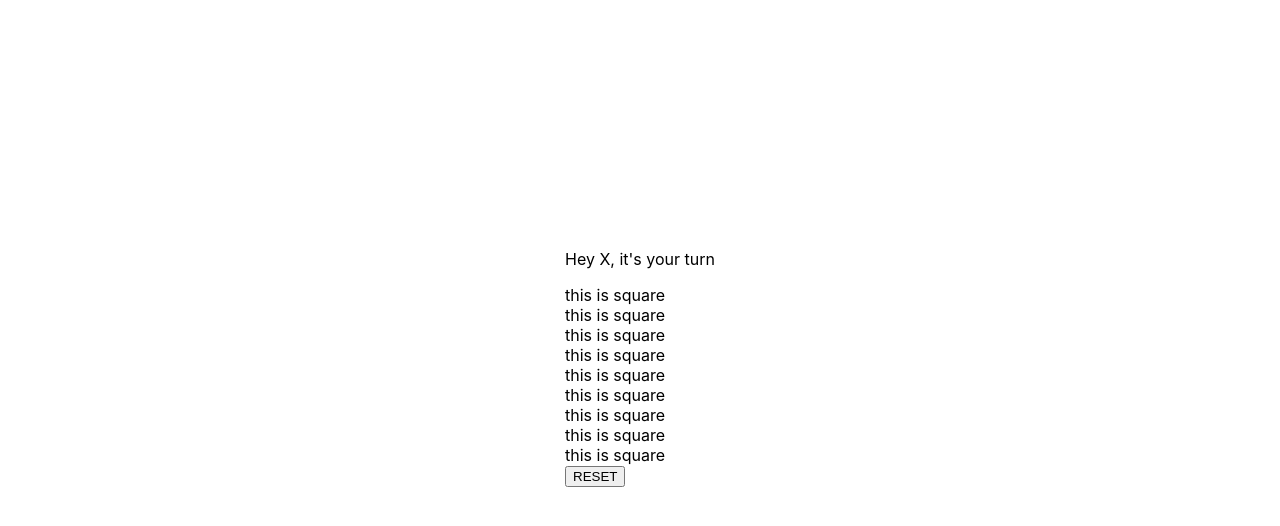
Repository: Ellisvelandia/tic-tac-toe
Page: /
The author's editor kept a copy of each file at every save. The page is drawn from the files as they stood at one save, then again after a run of saves.
The browser window is 1280 px wide. The pictures show the whole page.
The project was rebuilt for these pictures with package versions that can differ from the ones it lists, and the page was loaded fresh each time. The framework's server and built-in components were replaced by stand-ins that run in the browser. Also part of the build but not shown: next.config.js.

Above is the page before, as saved 2022-09-06 20:46:17.

### pages/index.tsx
import type { NextPage } from "next";
import Head from "next/head";
import styles from "../styles/Home.module.css";
import Board from "../containers/Board"

const Home: NextPage = () => {
  return (
    <div className={styles.container}>
      <Head>
        <title> Tic TAC Toc</title>
        <meta name="description" content="Generated by create next app" />
        <link rel="icon" href="/favicon.ico" />
      </Head>

      <main className={styles.main}>
        <Board />
      </main>
    </div>
  );
};

export default Home;

### containers/Board.tsx
import { useState, useEffect } from "react";
import Square from "../components/Square";
type Player = "X" | "O" | "BOTH" | null;

function calculateWinner(squares: Player[]) {
  const lines = [
    [0, 1, 2],
    [3, 4, 5],
    [6, 7, 8],
    [0, 3, 6],
    [1, 4, 7],
    [2, 5, 8],
    [0, 4, 8],
    [2, 4, 6],
  ];
  for (let i = 0; i < lines.length; i++) {
    const [a, b, c] = lines[i];
    if (squares[a] && squares[a] === squares[b] && squares[a] === squares[c]) {
      return squares[a];
    }
  }
  return null;
}

function Board() {
  const [squares, setSquares] = useState(Array(9).fill(null));
  const [currentPlayer, setCurrentPlayer] = useState<"X" | "O">(
    Math.round(Math.random() * 1) === 1 ? "X" : "O"
  );
  const [winner, setWinner] = useState<Player>(null);

  function reset() {
    setSquares(Array(9).fill(null));
    setWinner(null);
    setCurrentPlayer(Math.round(Math.random() * 1) === 1 ? "X" : "O");
  }

  function setSquaresValue(index: number) {
    const newData = squares.map((val, i) => {
      if (i === index) {
        return currentPlayer;
      }
      return val;
    });
    setSquares(newData);
    setCurrentPlayer(currentPlayer === "X" ? "O" : "X");
  }

  useEffect(() => {
    const w = calculateWinner(squares);
    if (w) {
      setWinner(w);
    }

    if (!w && !squares.filter((square) => !square).length) {
      setWinner("BOTH");
    }
  });

  return (
    <div>
      {!winner && <p>Hey {currentPlayer}, it's your turn</p>}
      {winner && winner !== "BOTH" && <p>Congratulations {winner}</p>}
      {winner && winner === "BOTH" && (
        <p>Congratulations you're both winners</p>
      )}

      <div className="grid">
        {Array(9)
          .fill(null)
          .map((_, i) => {
            return (
              <Square
                winner={winner}
                key={i}
                onClick={() => setSquareValue(i)}
                value={squares[i]}
              />
            );
          })}
      </div>
      <button className="reset" onClick={reset}>
        RESET
      </button>
    </div>
  );
}

export default Board;

### components/Square.tsx
function Square() {
  return (
    <div>
      this is square
    </div>
  )
}

export default Square;

Loaded but not shown: pages/_app.tsx (common file); styles/globals.css (common file); styles/Home.module.css (common file)

After the next 3 saves:
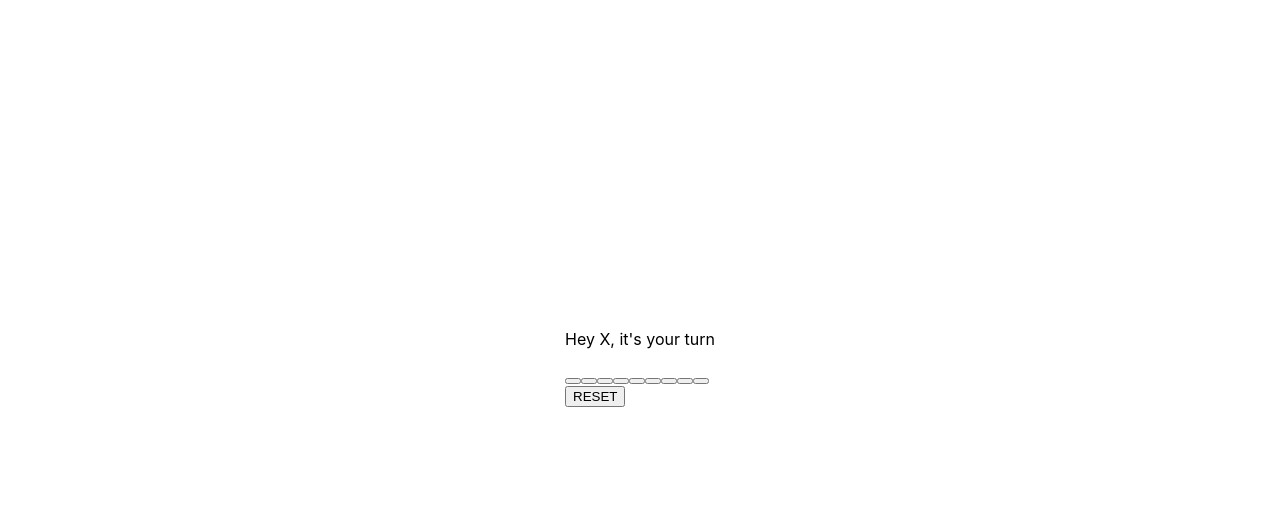
The 3 saves are shown as one change because they came seconds apart.
The last was saved 70 s later.
--- a/components/Square.tsx
+++ b/components/Square.tsx
@@ -1,9 +1,24 @@
-function Square() {
+type Player = "X" | "O" | "BOTH" | null;
+
+function Square({
+  value,
+  onClick,
+  winner,
+}: {
+  winner: Player;
+  value: Player;
+  onClick: () => void;
+}) {
+  if (!value) {
+    return (
+      <button className="square" onClick={onClick} disabled={Boolean(winner)} />
+    );
+  }
   return (
-    <div>
-      this is square
-    </div>
-  )
+    <button className={`square square_${value.toLocaleLowerCase()}`} disabled>
+      {value}
+    </button>
+  );
 }
 
 export default Square;
